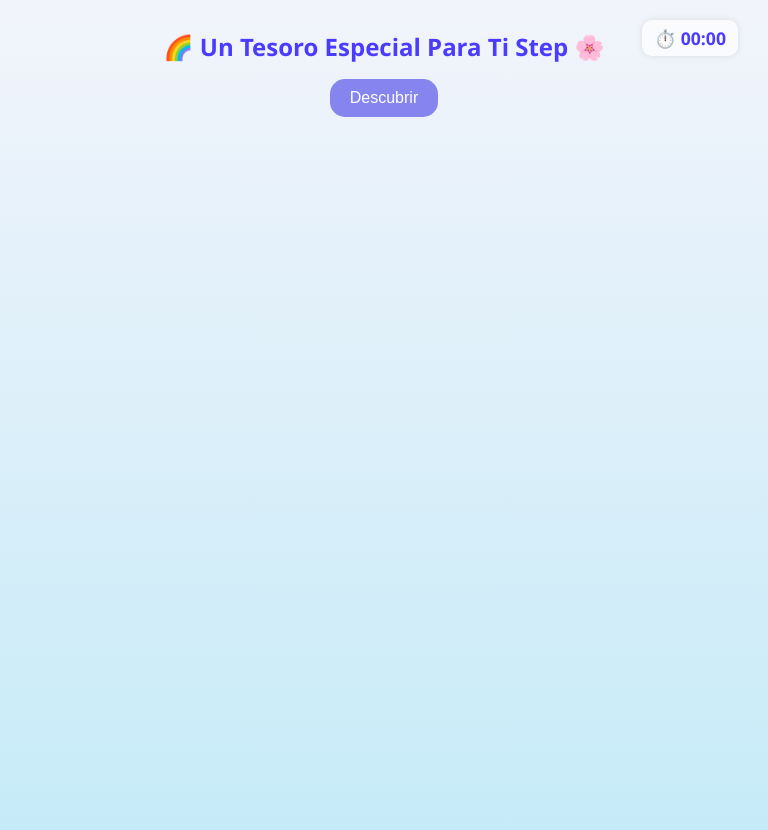
Repository: FernandoPelaez/juego-step
Page: index.html
These files come from the project's save history. The page is drawn as it stood at one moment and after the next save; the edit follows.
The browser window is 768 px wide. The pictures show the whole page.
Some web libraries are served in a nearby version.

Above is the page before, as saved 2025-05-13 23:29:38.

After the next save:
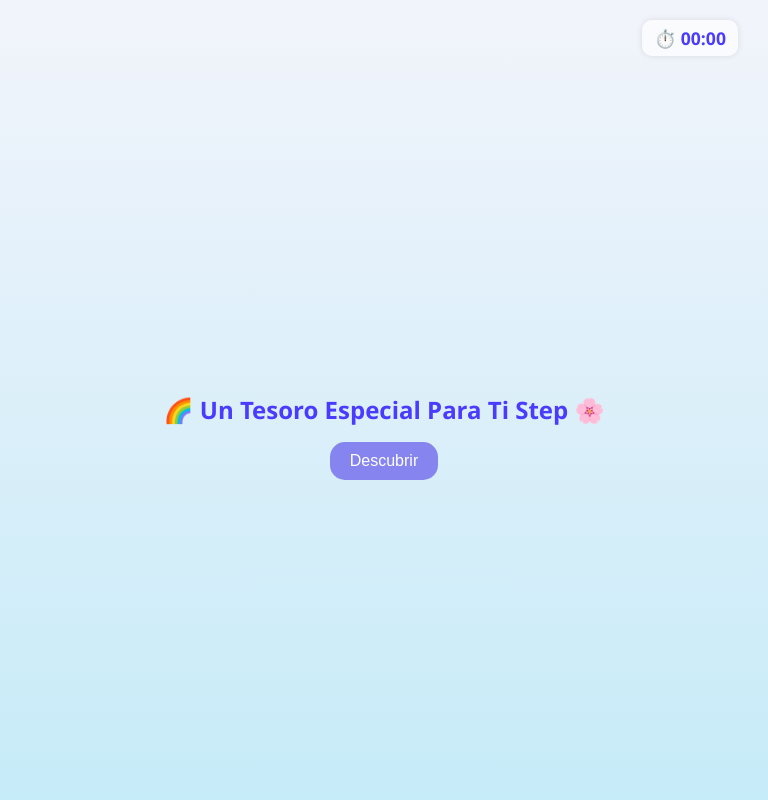
Saved 15 s later.
--- a/style.css
+++ b/style.css
@@ -2,10 +2,14 @@ body {
   margin: 0;
   font-family: 'Segoe UI', Tahoma, Geneva, Verdana, sans-serif;
   background: linear-gradient(to bottom, #f2f4fb, #c6ebf8);
+  display: flex;
+  flex-direction: column;
+  align-items: center;
+  justify-content: center;
+  min-height: 100vh;
   color: #3f3d56;
   text-align: center;
-  overflow-x: hidden;
-  min-height: 100vh;
+  overflow: hidden;
 }
 
 .pantalla-inicial, .mensaje-final {
@@ -13,11 +17,10 @@ body {
 }
 
 .juego {
-  margin-top: 20px;
+  margin-top: 10px;
   display: flex;
   flex-direction: column;
   align-items: center;
-  padding-bottom: 40px;
 }
 
 h1 {
@@ -31,7 +34,7 @@ h1 span {
 
 h2 {
   font-size: 1.5rem;
-  margin-bottom: 10px;
+  margin-bottom: 20px;
 }
 
 button {
@@ -54,7 +57,7 @@ button:hover {
   grid-template-columns: repeat(7, 70px);
   gap: 15px;
   justify-content: center;
-  margin: 20px 0;
+  margin-bottom: 20px;
 }
 
 .carta {
@@ -112,10 +115,10 @@ button:hover {
   box-shadow: 0 0 6px rgba(0, 0, 0, 0.1);
 }
 
-#btnReiniciar {
-  margin-top: 10px;
-  margin-bottom: 0;
-  display: block;
+.juego button#btnReiniciar {
+  margin-top: 20px;
+  display: inline-block;
+  align-self: center;
 }
 
 .mensaje-tiempo {
@@ -158,14 +161,9 @@ button:hover {
     font-size: 1rem;
   }
 
-  .pantalla-inicial, .mensaje-final {
+  .pantalla-inicial, .juego, .mensaje-final {
     margin-top: 30px;
     padding: 0 10px;
-  }
-
-  .juego {
-    margin-top: 10px;
-    padding: 0 10px 40px;
   }
 
   .mensaje-acierto {
@@ -176,8 +174,4 @@ button:hover {
   .mensaje-final {
     font-size: 1.5rem;
   }
-
-  #btnReiniciar {
-    margin-top: 10px;
-  }
 }
